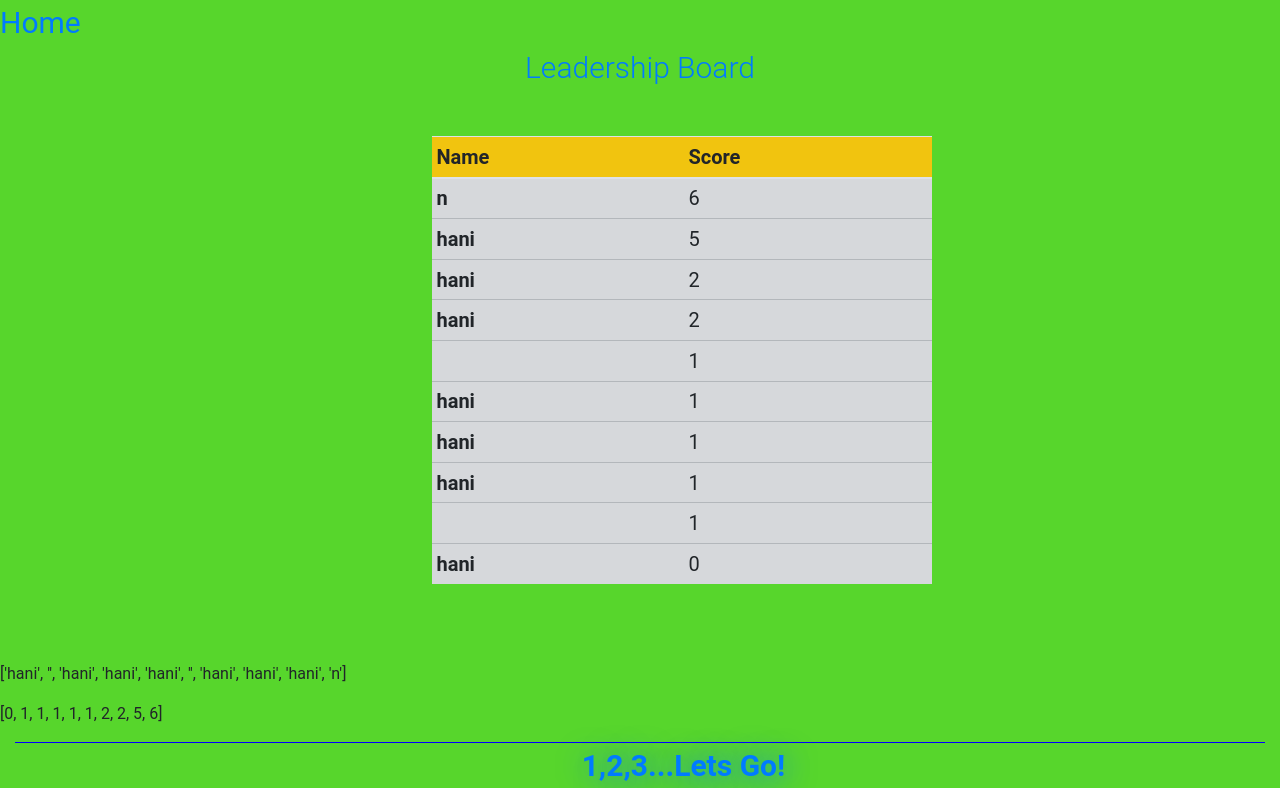
Repository: hanihassan1/Riddle-Game
Page: http://localhost/leadership
The author's editor kept a record of every edit. The page is drawn from the files as they stood at one moment, then again after the next edit.
The browser window is 1280 px wide. The pictures show the whole page.
Some web fonts or font styles are not loaded; a fallback is used. The page is served by the project's application, run on Flask 3 (run.py).

Above is the page before.

After the next edit:
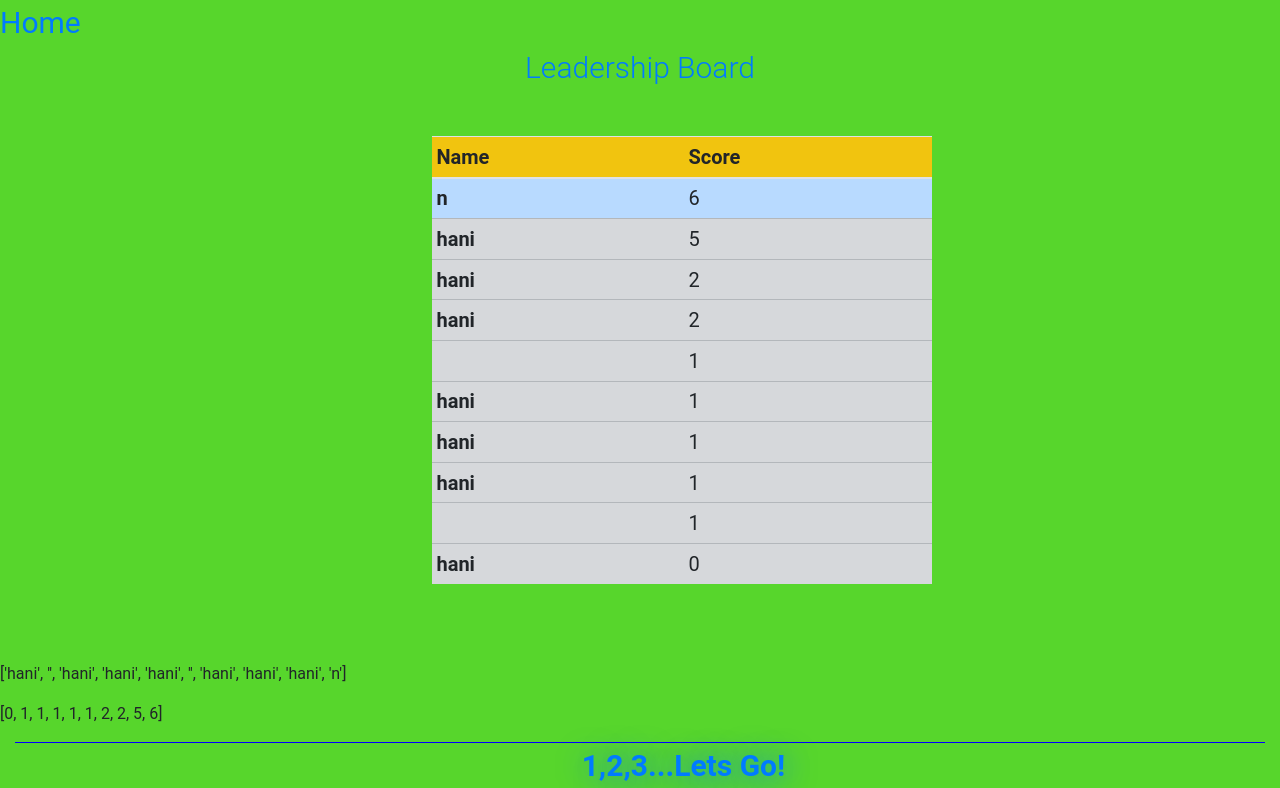
The edit:
--- a/templates/leadership.html
+++ b/templates/leadership.html
@@ -29,7 +29,7 @@
       </thead>
       <tbody>
         {% for i in range(0, username|length)|reverse %}
-        {% if i == username|length %}
+        {% if i == username|length -1 %}
         <tr class="table-primary">
           <th scope="row">{{username[i]}}</th>
           <td>{{score[i]}}</td>
